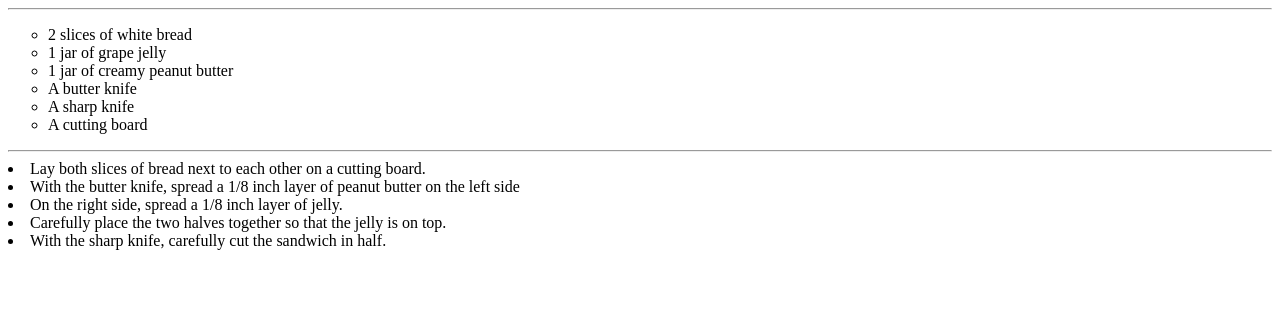
Repository: 9-5-pursuit/lab-intro-to-html
Page: recipe.html
An editor plug-in stored every save of this project. The page is shown before and after the next save, followed by the edit.
The browser window is 1280 px wide. The pictures show the whole page.

Above is the page before, as saved 2023-02-28 08:11:13.

After the next save:
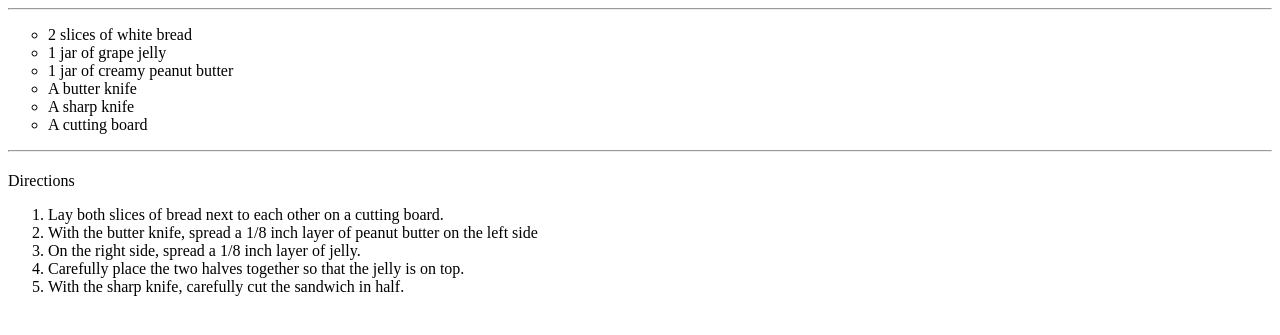
Saved 4 s later.
--- a/recipe.html
+++ b/recipe.html
@@ -24,7 +24,7 @@
         </ul>
       </div>
       <hr />
-      <div> <h2Directions
+      <div> <h2></h2>Directions
         <ol >
           <li>
             Lay both slices of bread next to each other on a cutting board.
